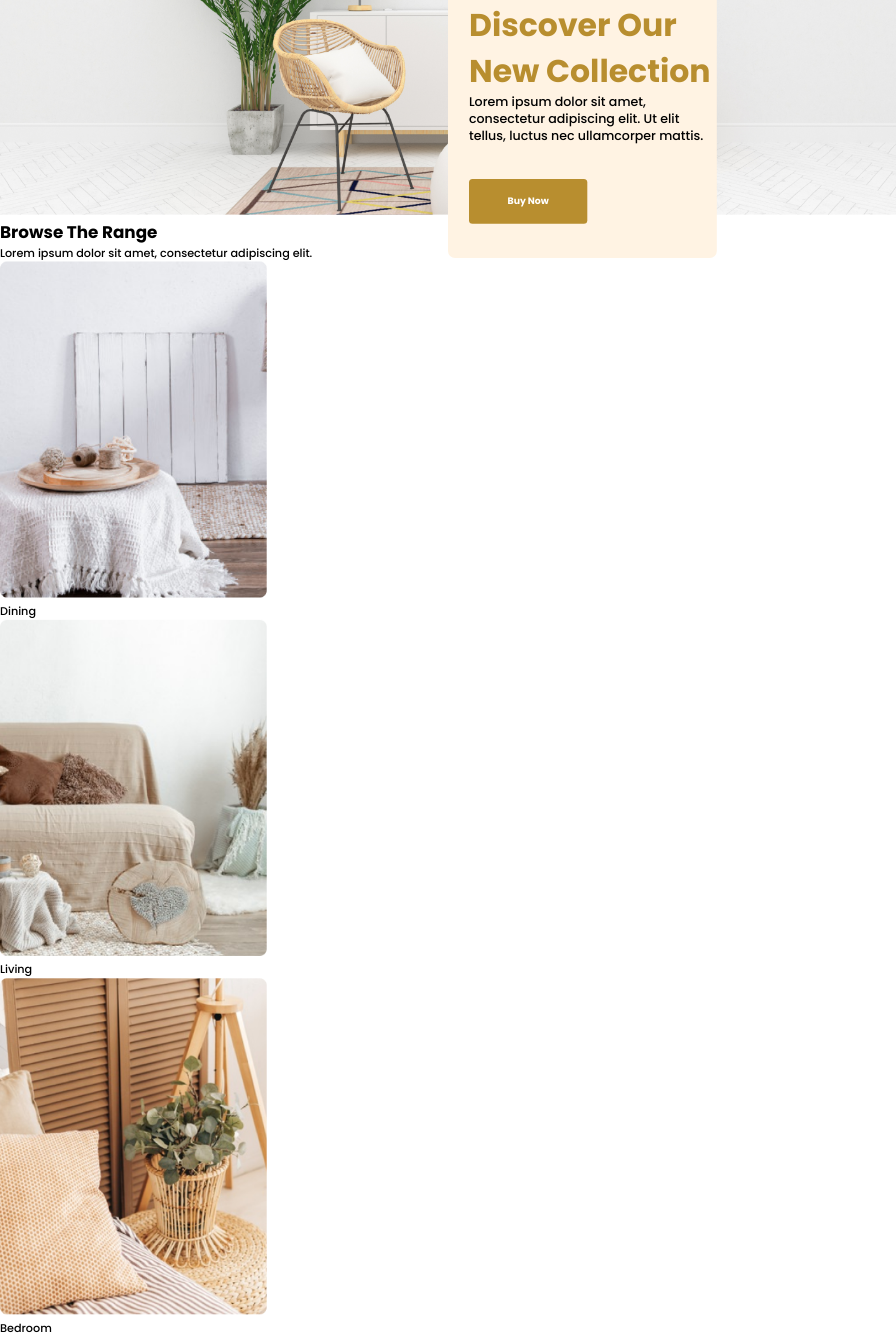
Repository: DT2301/project
Page: index.html
The author's editor kept a copy of each file at every save. The page is drawn from the files as they stood at one save, then again after the next save.
The browser window is 1280 px wide. The pictures show the part of the page from y = 431 to 2351 px (the page is 2341 px tall before and 2351 px after), at 70% of full size.
A picture or video elsewhere on the page could not be fetched, so the positions and the page height are approximate.

Above is the page before, as saved 2024-01-07 10:27:50.

After the next save:
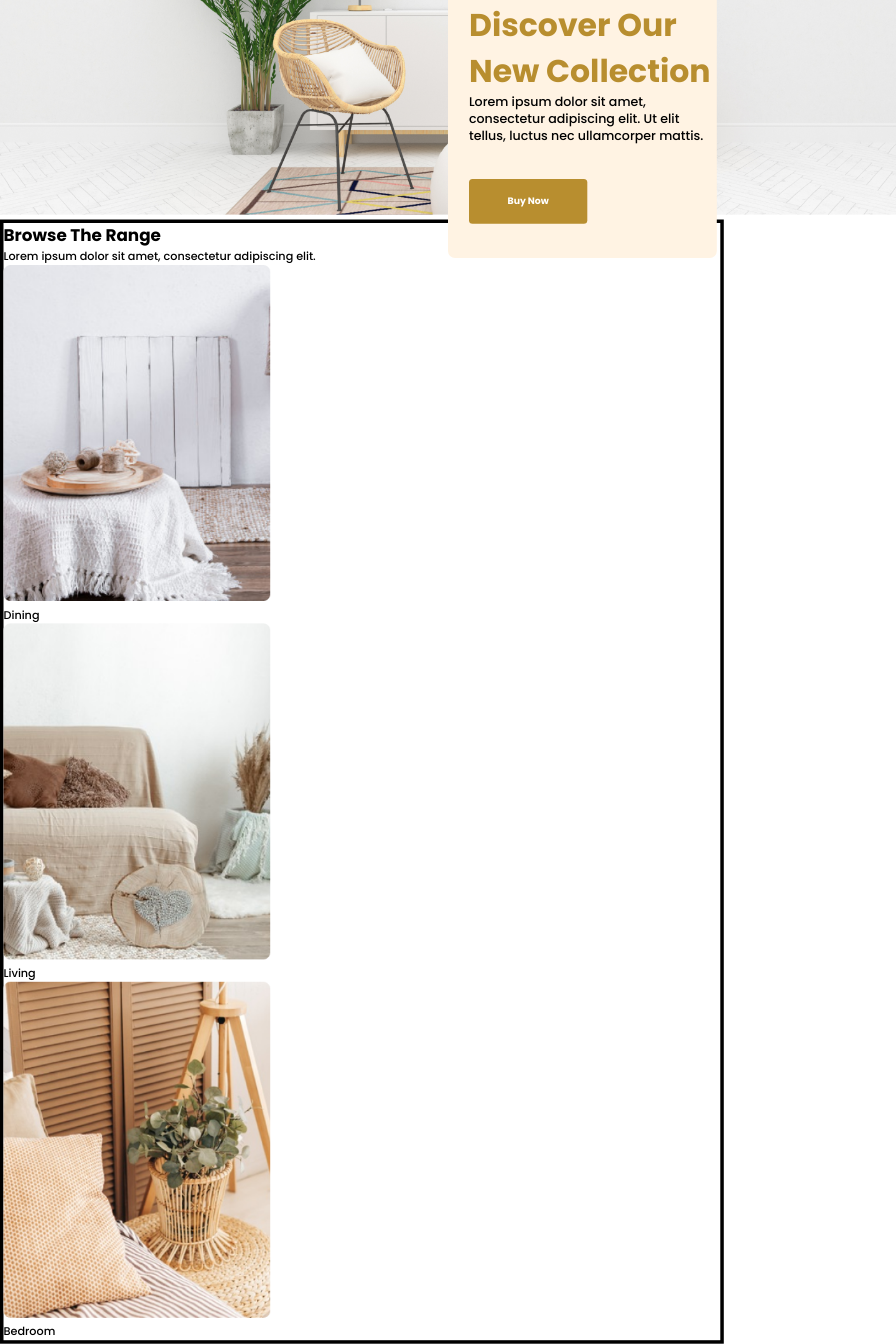
Saved 8 s later.
--- a/style.css
+++ b/style.css
@@ -100,4 +100,5 @@ ul {
 
 .Browse{
     width: 80%;
+    border: 5px solid black;
 }
